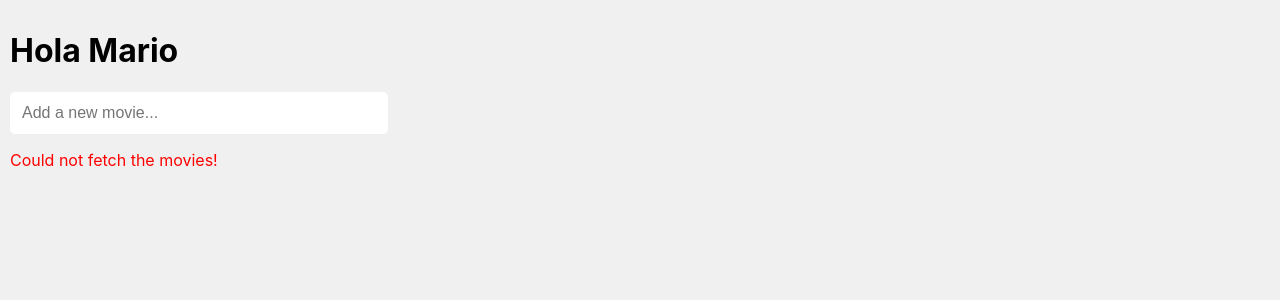
Repository: mariocapitbrok/vidly-docker-win
Page: / (app in frontend/)
The author's editor kept a copy of each file at every save. The page is drawn from the files as they stood at one save, then again after the next save.
The browser window is 1280 px wide. The pictures show the whole page.
The page's requests for data from a server got no answer. The project was rebuilt for these pictures with package versions that can differ from the ones it lists, and the page was loaded fresh each time. No one was signed in, and anything a server would have sent is missing. Also part of the build but not shown: frontend/src/components/MovieListItem.css, frontend/src/components/MovieListItem.jsx.

Above is the page before, as saved 2022-04-16 05:04:33.

### frontend/src/components/App.jsx
import React, { useState, useEffect } from "react";
import MovieForm from "./MovieForm";
import MovieList from "./MovieList";
import api from "../services/api";
import "./App.css";

function App() {
  const moviesEndpoint = "/movies";
  const [movies, setMovies] = useState([]);
  const [error, setError] = useState();

  const fetchMovies = async () => {
    try {
      const { data } = await api.get(moviesEndpoint);
      setMovies(data);
    } catch (error) {
      setError("Could not fetch the movies!");
    }
  };

  const handleAddMovie = async (title) => {
    try {
      const movie = { _id: Date.now(), title };
      setMovies([...movies, movie]);

      const { data: savedMovie } = await api.create(moviesEndpoint, movie);

      setMovies([...movies, savedMovie]);
    } catch (error) {
      setError("Could not save the movie!");
      setMovies(movies);
    }
  };

  const handleDeleteMovie = async (movie) => {
    try {
      setMovies(movies.filter((m) => m !== movie));
      await api.remove(moviesEndpoint + "/" + movie._id);
    } catch (error) {
      setError("Could not delete the movie!");
      setMovies(movies);
    }
  };

  useEffect(() => fetchMovies(), []);

  return (
    <div className="App">
      <MovieForm onAddMovie={handleAddMovie} />
      {error && (
        <p role="alert" className="Error">
          {error}
        </p>
      )}
      <MovieList movies={movies} onDeleteMovie={handleDeleteMovie} />
    </div>
  );
}

export default App;

### frontend/src/components/MovieForm.jsx
import React, { useState } from 'react'
import Input from './Input'

function MovieForm({ onAddMovie }) {
  const [title, setTitle] = useState('')

  const handleChange = (e) => setTitle(e.target.value)

  const handleSubmit = (e) => {
    e.preventDefault()

    if (!title) return

    onAddMovie(title)
    setTitle('')
  }

  return (
    <form onSubmit={handleSubmit}>
      <h1>Hola Mario</h1>
      <Input
        aria-label="New Movie"
        onChange={handleChange}
        placeholder="Add a new movie..."
        type="text"
        value={title}
      />
    </form>
  )
}

export default MovieForm

Loaded but not shown: frontend/public/index.html (common file); frontend/src/index.js (common file); frontend/src/index.css (common file); frontend/src/reportWebVitals.js (common file); frontend/src/components/MovieList.jsx (common file); frontend/src/services/api.js (common file); frontend/src/components/App.css (common file); frontend/src/components/Input.jsx (common file); frontend/src/components/MovieList.css (common file); frontend/src/components/Input.css (common file)

After the next save:
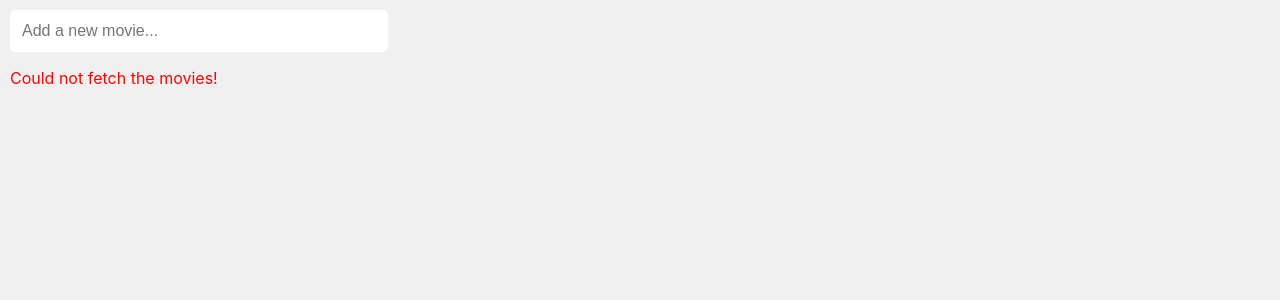
Saved 2 min 34 s later.
--- a/frontend/src/components/MovieForm.jsx
+++ b/frontend/src/components/MovieForm.jsx
@@ -17,7 +17,6 @@
 
   return (
     <form onSubmit={handleSubmit}>
-      <h1>Hola Mario</h1>
       <Input
         aria-label="New Movie"
         onChange={handleChange}

After the save that followed:
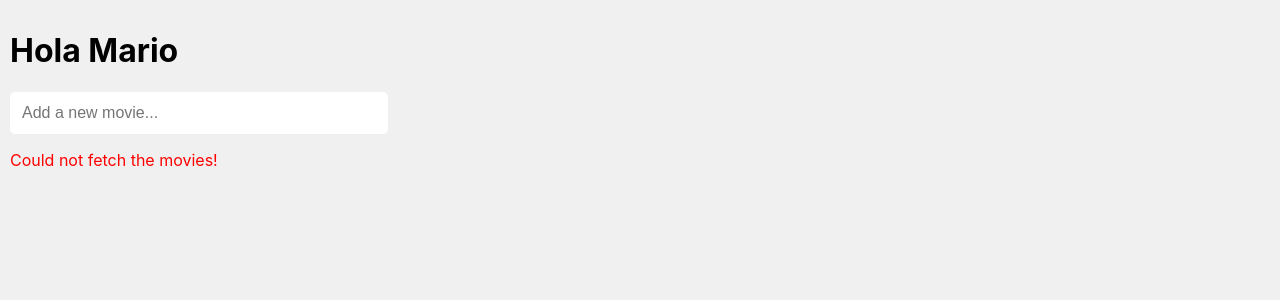
Saved 5 min 28 s later.
--- a/frontend/src/components/MovieForm.jsx
+++ b/frontend/src/components/MovieForm.jsx
@@ -17,6 +17,7 @@
 
   return (
     <form onSubmit={handleSubmit}>
+      <h1>Hola Mario</h1>
       <Input
         aria-label="New Movie"
         onChange={handleChange}
